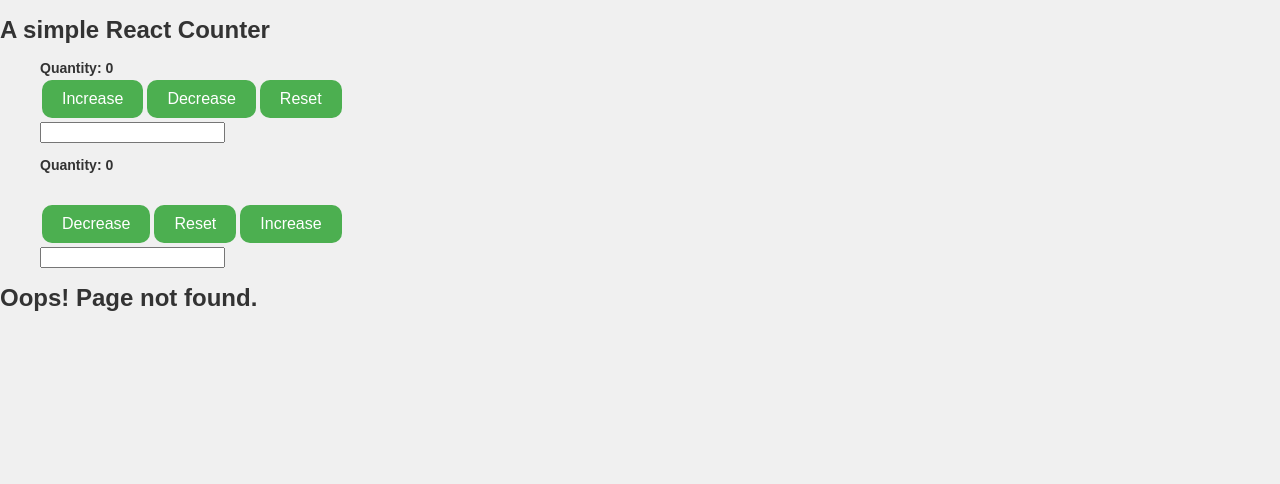
Repository: qudos4real/altschool-second-sem
Page: /
The author's editor kept a copy of each file at every save. The page is drawn from the files as they stood at one save, then again after the next save.
The browser window is 1280 px wide. The pictures show the whole page.
The project was rebuilt for these pictures with package versions that can differ from the ones it lists, and the page was loaded fresh each time. Also part of the build but not shown: src/App.css, src/Components/ErrorBoundary.js.

Above is the page before, as saved 2022-11-04 13:11:03.

### src/App.js
import React from 'react';
import Counter from './Components/Counter';
import './App.css';
import Reducer from './Components/Reducer';
import Home from './Components/Home';
import NotFound from './Components/NotFound';
import ErrorBoundary from './Components/ErrorBoundary';
import { BrowserRouter as Router, Route, Routes, Link } from 'react-router-dom';



function App() {
  return (
    <>
    <Home />
    <Counter />
    <Reducer />
    <NotFound />
    <ErrorBoundary />

    </>

    // <Router>
    //   <ErrorBoundary >
    //   <nav>
    //     <Link to="/">Home</Link>
    //     <Link to="counter">Counter</Link>
    //     <Link to="reducer">Reducer</Link>
    //     <Link to="ErrorBoundary">ErrorBoundary</Link>
    //     </nav>
    //   <Routes>
    //     <Route path="/" element={<Home />} />
    //     <Route path="/counter" element={<Counter />} />
    //     <Route path="/reducer" element={<Reducer />} />
    //     <Route path="ErrorBoundary" element={<ErrorBoundary />} />
    //     <Route path="*" element={<NotFound />} />
    //   </Routes>
    //   </ErrorBoundary>
    // </Router>
  )
}

export default App

### src/Components/Counter.js
import React from "react";
import { useCounter } from "../hooks/useCounter";
import "../CSS/Counter.css"

function Counter() {
  const quantity = useCounter(0);
  return (
    <div className="container">
      <h3>
        Quantity: {quantity.count}
        <br />
        <button className="btn " onClick={quantity.increment}>Increase</button>
        <button className="btn " onClick={quantity.decrement}>Decrease</button>
        <button className="btn " onClick={quantity.reset}>Reset</button>
        <br />
        <input
          type="number"
          onChange={(e) => quantity.setValue(e.target.value)}
        />
      </h3>
    </div>
  );
}

export default Counter;

### src/Components/Reducer.js
import React from "react";
import { useReducer } from "react";
import { reducer } from "../hooks/reducer.1";
import "../CSS/Counter.css"

function Reducer() {
  const [state, dispatch] = useReducer(reducer, { count: 0 });
  return (
    <div className="container">
      <h3> Quantity: {state.count}</h3>
      <br />
      <button className="btn " onClick={() => dispatch({ type: "decrement" })}>Decrease</button>
      <button className="btn " onClick={() => dispatch({ type: "reset" })}>Reset</button>
      <button className="btn " onClick={() => dispatch({ type: "increment" })}>Increase</button>
      <br />
      <input
        type="number"
        onChange={(e) => dispatch({ type: "setValue", value: e.target.value })}
      />
    </div>
  );
}

export default Reducer;

### src/Components/Home.js
import React from "react";
import { Outlet } from "react-router-dom";

function Home() {
  return (
    <div>
      <h1>A simple React Counter</h1>
        <Outlet />

    </div>
  );
}

export default Home;

### src/Components/NotFound.js
import React from 'react'

const NotFound = () => {
    return (
        <div>
            <h1>
            Oops! Page not found.
            </h1>
        </div>
    )
}

export default NotFound

### src/hooks/useCounter.js
import { useState } from "react";

export const useCounter = (initialValue) => {
    const [count, setCount] = useState(initialValue);
    const increment = () => {
        setCount(count + 1);
    };
    const decrement = () => {
        count > 0 && setCount(count - 1);
    };
    const reset = () => {
        setCount(initialValue);
    };
    const setValue = (value) => {
        setCount(value);
    };
    return { count, increment, decrement, reset, setValue };
};

### src/CSS/Counter.css
body {
    background-color: #f0f0f0;
    font-family: Arial, Helvetica, sans-serif;
    font-size: 12px;
    color: #333;
    margin: 0;
    padding: 0;
    box-sizing: border-box;
}
.container{
    width: 100%;
    max-width: 1200px;
    margin: 0 auto;
    padding: 0 20px;
}
.btn {
    background-color: #4CAF50; /* Green */
    border: none;
    color: white;
    padding: 10px 20px;
    text-align: center;
    text-decoration: none;
    display: inline-block;
    font-size: 16px;
    margin: 4px 2px;
    cursor: pointer;
    border-radius: 10px;
}
.btn:hover {
    background-color: #3e8e41;
}

### src/hooks/reducer.1.js
export function reducer(state, action) {
    switch (action.type) {
        case "increment":
            return { count: state.count + 1 };
        case "decrement":
            return { count: state.count - 1 };
        case "reset":
            return { count: 0 };
        case "setValue":
            return { count: action.value };
        default:
            return state;
    }
}

Loaded but not shown: public/index.html (common file); src/index.js (common file); src/index.css (common file); src/reportWebVitals.js (common file)

After the next save:
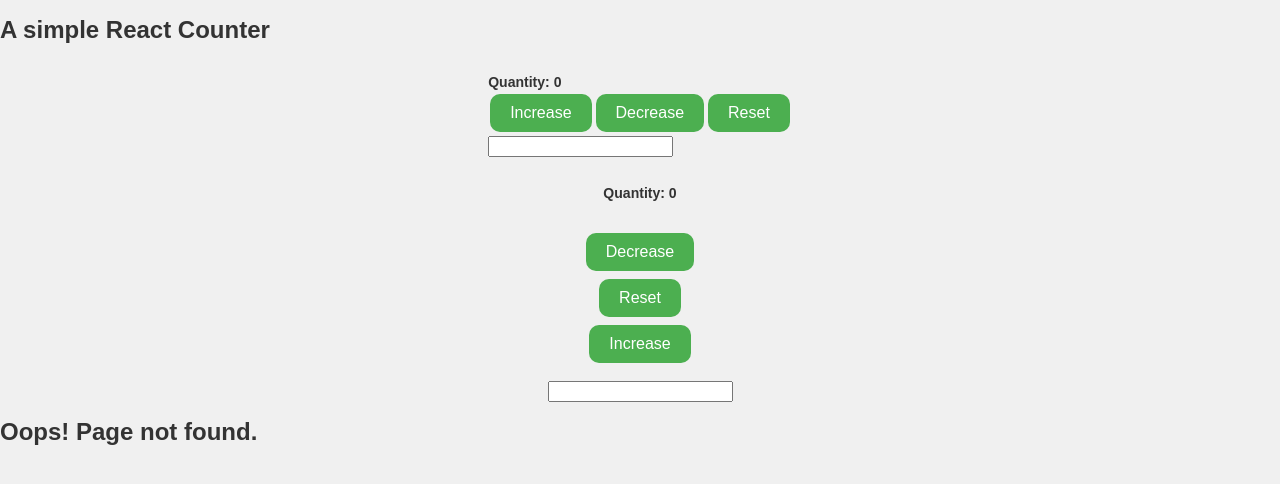
Saved 57 s later.
--- a/src/CSS/Counter.css
+++ b/src/CSS/Counter.css
@@ -12,6 +12,11 @@ body {
     max-width: 1200px;
     margin: 0 auto;
     padding: 0 20px;
+    display: flex;
+    justify-content: center;
+    align-items: center;
+    flex-direction: column;
+
 }
 .btn {
     background-color: #4CAF50; /* Green */
